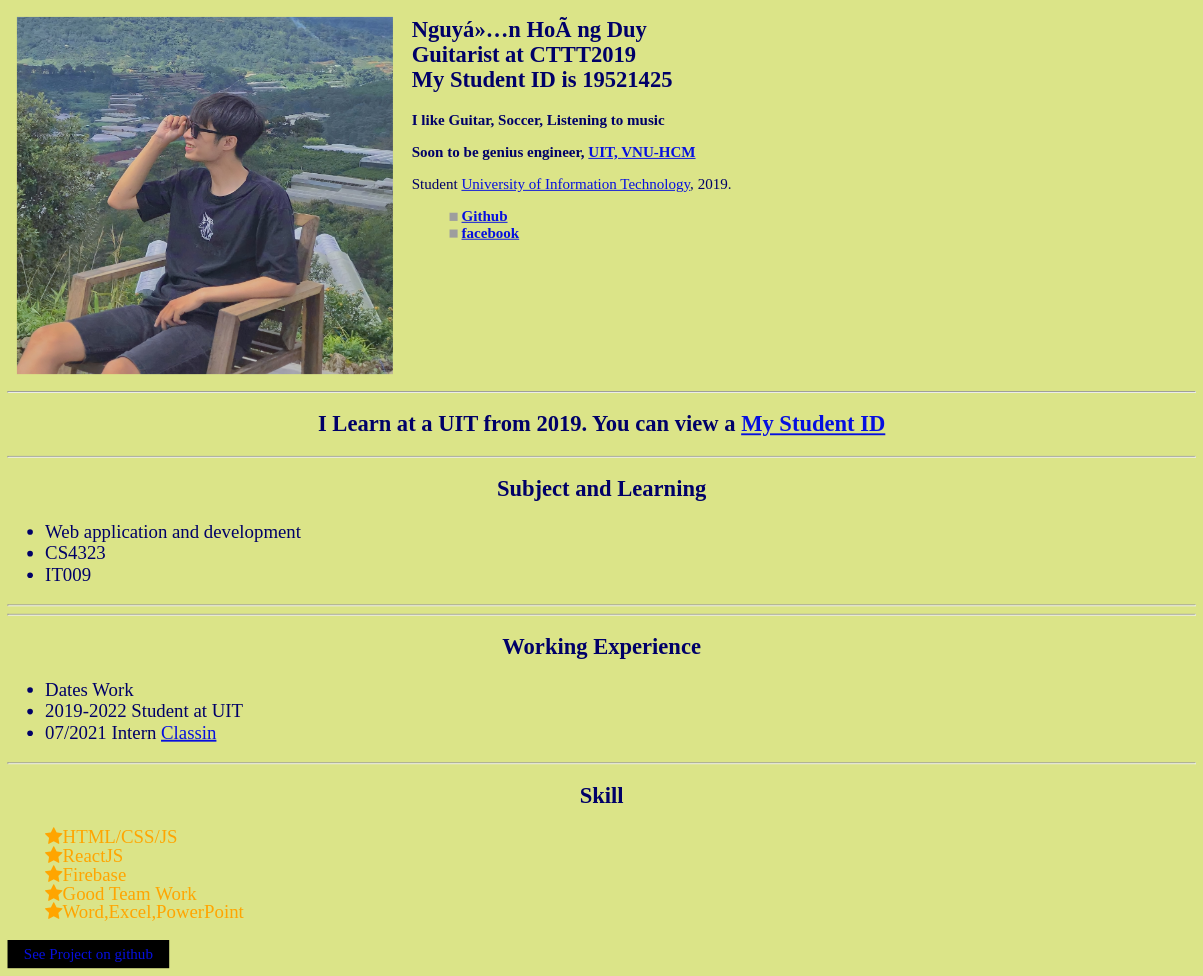
Repository: HoangDuy315/HW_TVK
Page: cv.html
The author's editor kept a copy of each file at every save. The page is drawn from the files as they stood at one save, then again after the next save.
The browser window is 1280 px wide. The pictures show the whole page, at 94% of full size.
Pictures or frames that could not be fetched are drawn as grey boxes.

Above is the page before, as saved 2022-09-25 17:09:19.

After the next save:
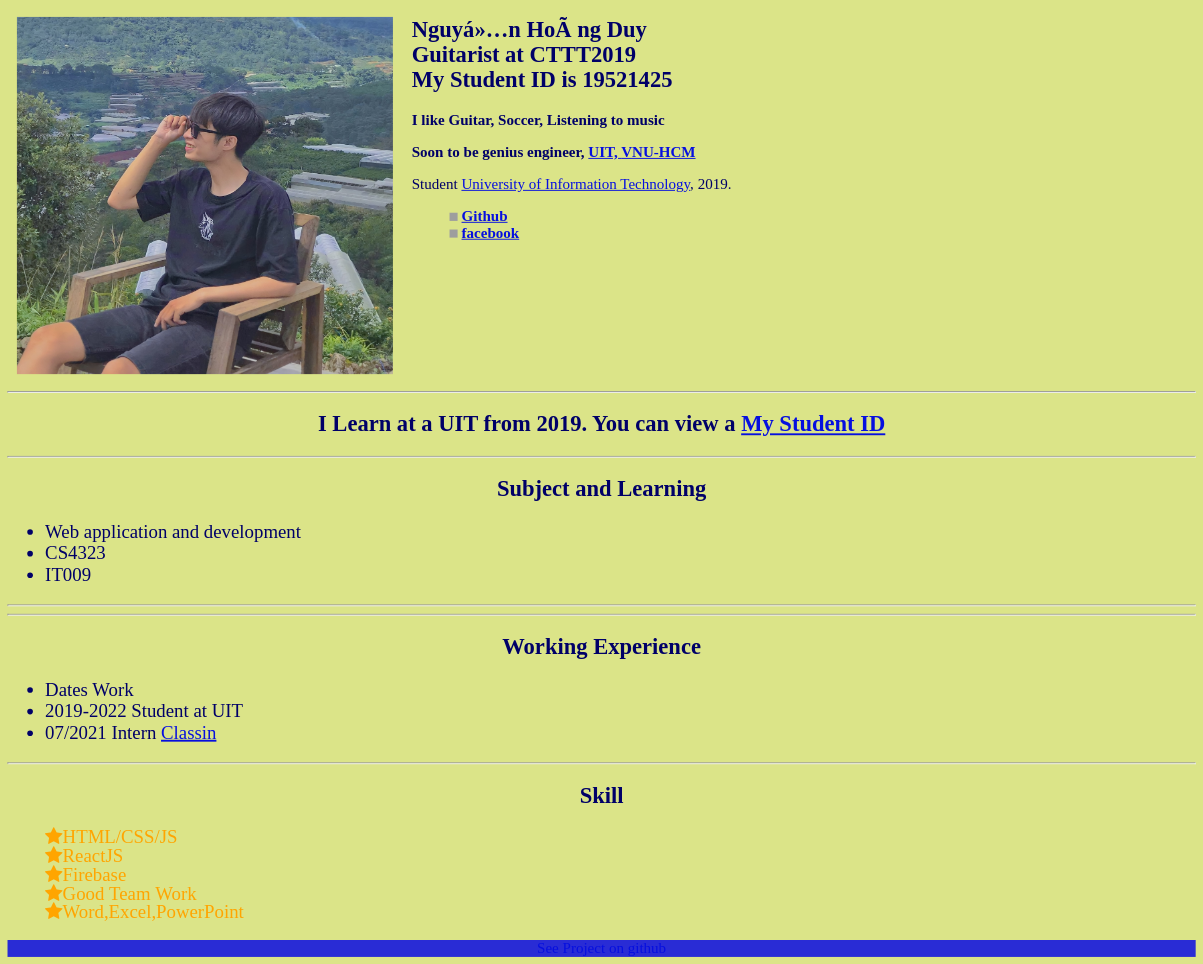
Saved 18 s later.
--- a/cv.css
+++ b/cv.css
@@ -45,11 +45,10 @@ body {
     color: #fff;
     border-radius: 20px; */
     margin: 0;
-    padding: 6;
+    padding: 0;
     display: flex;
     justify-content: center;
     text-align: center;
     text-decoration: none;
-    background: #000;
-    width: 160px;
+    background: rgb(41, 44, 213);
 }
